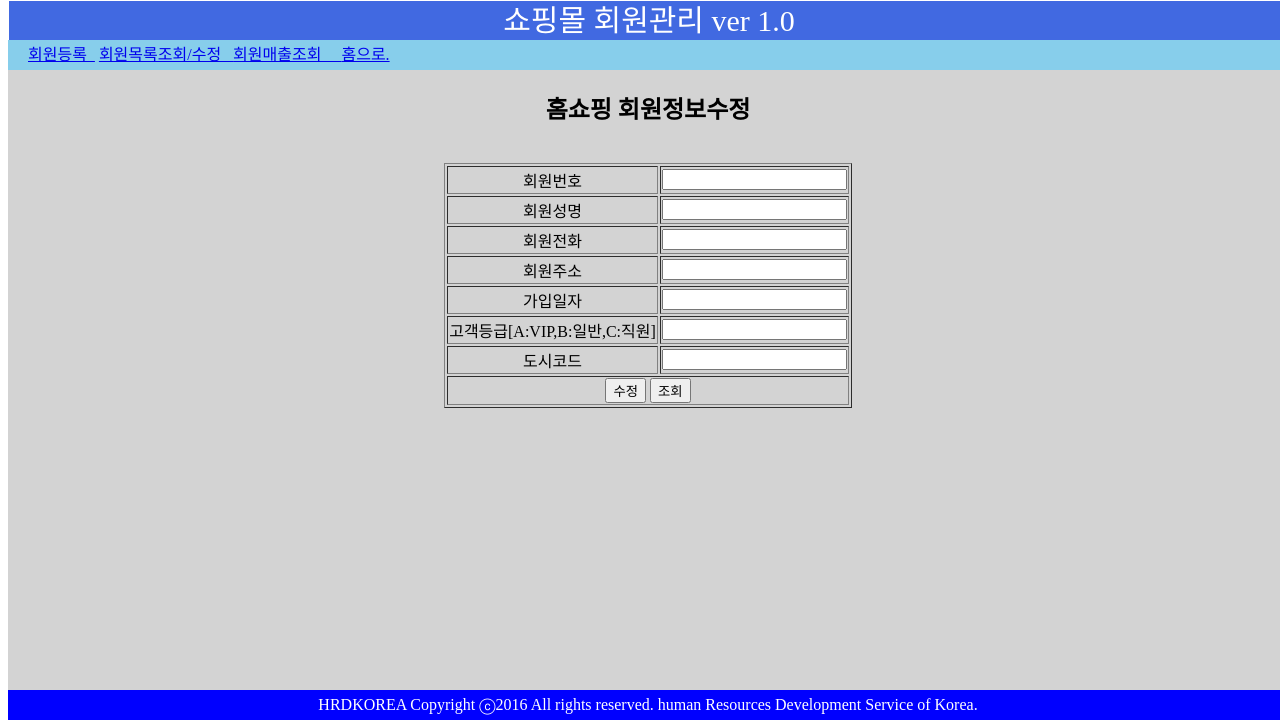
Repository: GotChun/license_practice
Page: http://localhost/HRD_8155/modify.jsp
These files come from the project's save history. The page is drawn as it stood at one moment and after the next save; the edit follows.
The browser window is 1280 px wide. The pictures show the whole page.
The page is served by Tomcat 9.

Above is the page before, as saved 2025-02-20 11:40:24.

After the next save:
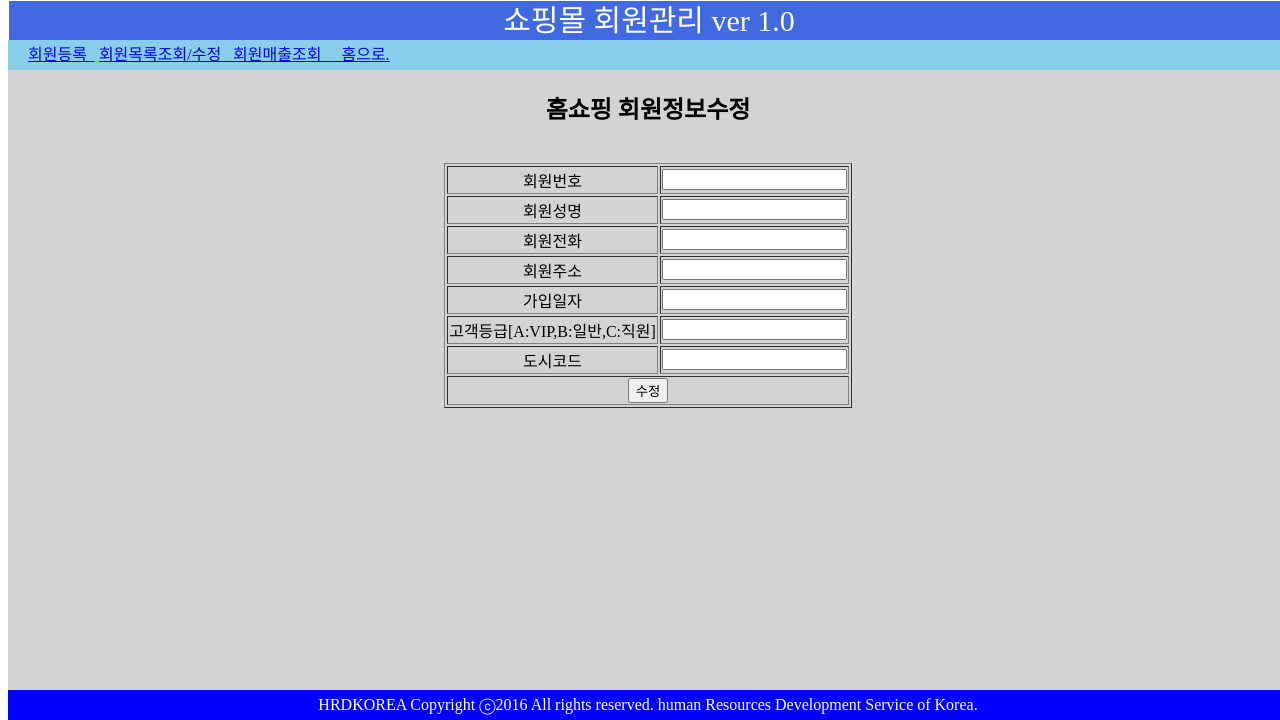
Console error (its wording comes from the project's code and is left out).
Saved 11 s later.
--- a/HRD_8155/src/main/webapp/modify.jsp
+++ b/HRD_8155/src/main/webapp/modify.jsp
@@ -45,7 +45,7 @@
 				</tr>
 				<tr>
 					<td colspan="2">
-					<input type="submit" value="수정">
+					<input type="submit" value="수정" onclick="return modify()'>
 					<input type="button" value="조회" onclick="return search()">
 					</td>
 

After the save that followed:
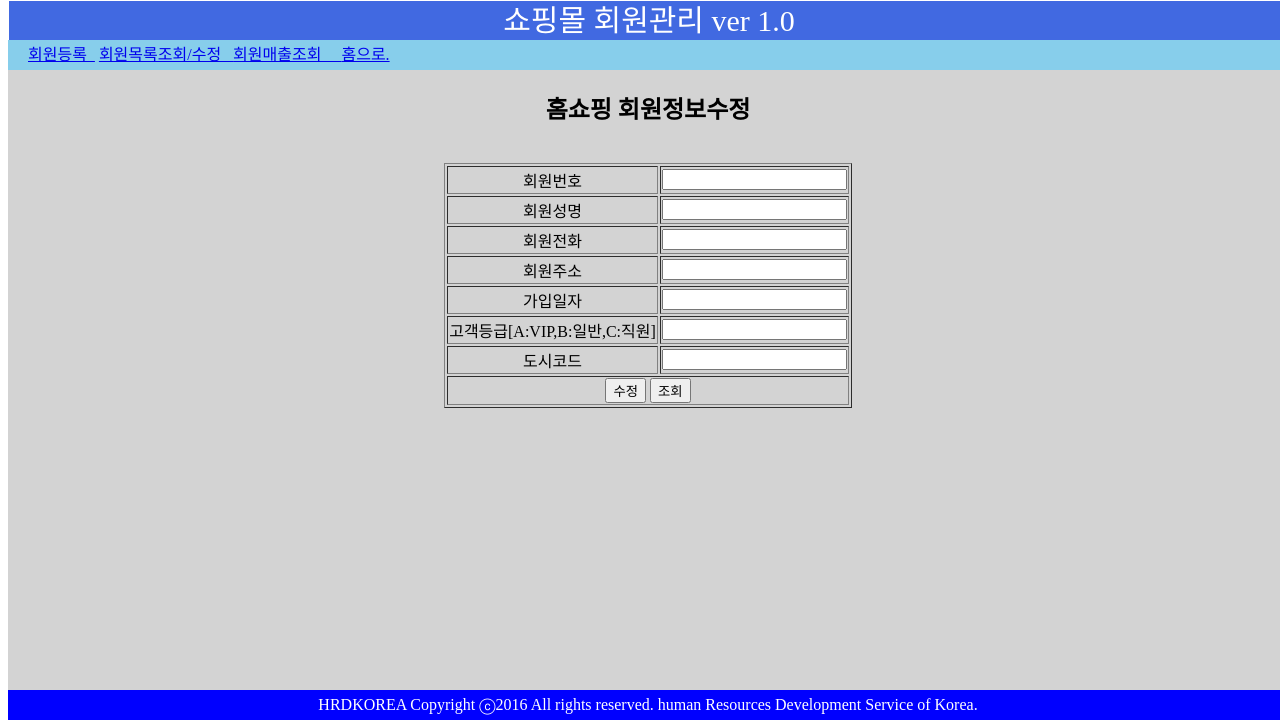
The error is gone.
Saved 9 s later.
--- a/HRD_8155/src/main/webapp/modify.jsp
+++ b/HRD_8155/src/main/webapp/modify.jsp
@@ -45,7 +45,7 @@
 				</tr>
 				<tr>
 					<td colspan="2">
-					<input type="submit" value="수정" onclick="return modify()'>
+					<input type="submit" value="수정" onclick="return modify()">
 					<input type="button" value="조회" onclick="return search()">
 					</td>
 
